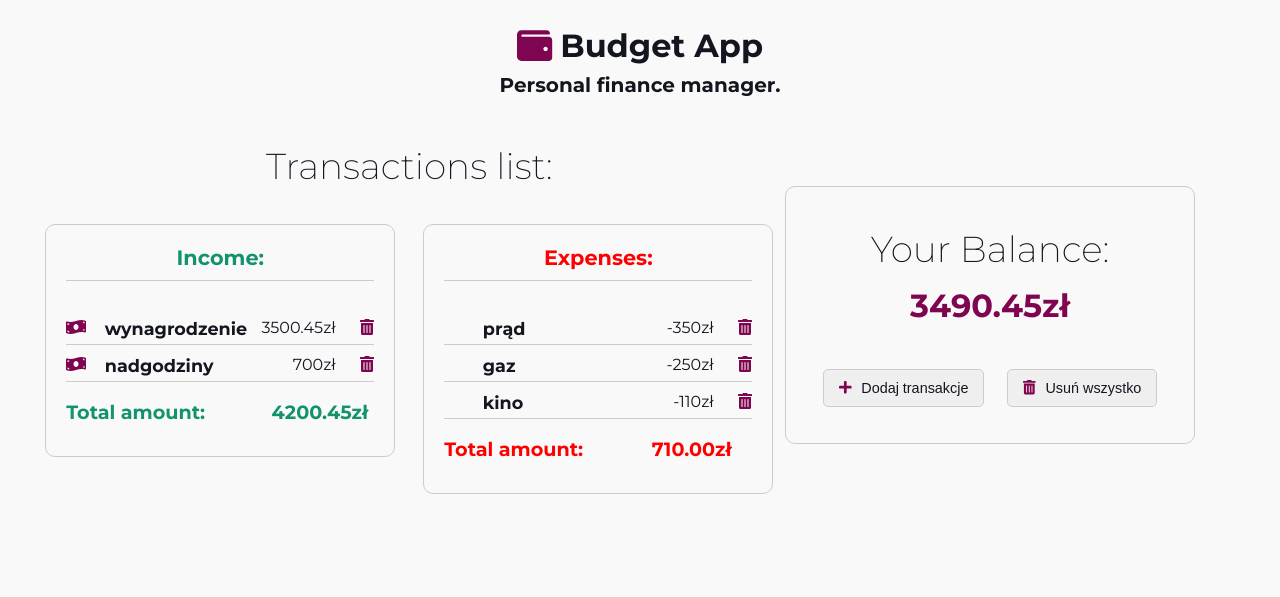
Repository: KrzysKolo/sr_tydzien4_zad4
Page: /
An editor plug-in stored every save of this project. The page is shown before and after the next save, followed by the edit.
The browser window is 1280 px wide. The pictures show the whole page.
Some web libraries are served in a nearby version. The project was rebuilt for these pictures with package versions that can differ from the ones it lists, and the page was loaded fresh each time. Also part of the build but not shown: src/components/budgetComponents/sectionComponents/Cat.js, src/components/budgetComponents/formComponents/Header.js, src/components/budgetComponents/formComponents/ErrorMessage.js, src/components/budgetComponents/formComponents/Input.js, src/components/budgetComponents/formComponents/Select.js.

Above is the page before, as saved 2020-12-14 12:32:13.

### public/index.html
<!DOCTYPE html>
<html lang="en">
  <head>
    <meta charset="utf-8" />
    <link rel="icon" href="%PUBLIC_URL%/favicon.ico" />
    <meta name="viewport" content="width=device-width, initial-scale=1" />
    <meta name="theme-color" content="#000000" />
    <meta
      name="description"
      content="Web site created using create-react-app"
    />
    <link rel="apple-touch-icon" href="%PUBLIC_URL%/logo192.png" />
    <!--
      manifest.json provides metadata used when your web app is installed on a
      user's mobile device or desktop. See https://developers.google.com/web/fundamentals/web-app-manifest/
    -->
    <link rel="manifest" href="%PUBLIC_URL%/manifest.json" />
    <!--
      Notice the use of %PUBLIC_URL% in the tags above.
      It will be replaced with the URL of the `public` folder during the build.
      Only files inside the `public` folder can be referenced from the HTML.

      Unlike "/favicon.ico" or "favicon.ico", "%PUBLIC_URL%/favicon.ico" will
      work correctly both with client-side routing and a non-root public URL.
      Learn how to configure a non-root public URL by running `npm run build`.
    -->
    <link
      href="https://fonts.googleapis.com/css?family=Montserrat:200,400,700&display=swap&subset=latin-ext"
      rel="stylesheet"
    />
    <script
      src="https://kit.fontawesome.com/327a0d490c.js"
      crossorigin="anonymous"
    ></script>
    <title>Budget</title>
  </head>
  <body>
    <noscript>You need to enable JavaScript to run this app.</noscript>
    <div id="root"></div>
    <!--
      This HTML file is a template.
      If you open it directly in the browser, you will see an empty page.

      You can add webfonts, meta tags, or analytics to this file.
      The build step will place the bundled scripts into the <body> tag.

      To begin the development, run `npm start` or `yarn start`.
      To create a production bundle, use `npm run build` or `yarn build`.
    -->
  </body>
</html>

### src/App.js
import React from 'react';
import Budget from './components/Budget'

const App = () => {
  return (
    <>
      <Budget/>
    </>
  )
}

export default App;

### src/components/Budget.js
import React from 'react';
import Header from './budgetComponents/Header';
import Section from './Section';
import {GlobalContextProvider} from './context/GlobalState';
import styled, { createGlobalStyle } from 'styled-components';

const GlobalStyle = createGlobalStyle`
    * {
        padding: 0;
        margin: 0;
        box-sizing: border-box;
    }
    body {
        background-color: #f9f9f9;
        color: #14161f;
        font-family: "Montserrat", sans-serif;
        font-size: 16px;
        min-height: 100vh;
    }
    `;
const Container = styled.main`
    font-size: 1.5rem;
`;

const Budget = () => {

    return (
        <GlobalContextProvider>
            <GlobalStyle />
            <Container>
                <Header />
                <Section />
            </Container>
        </GlobalContextProvider>
    )
}

export default Budget;

### src/components/budgetComponents/Header.js
import React from 'react';
import styled from 'styled-components';
import { FontAwesomeIcon } from '@fortawesome/react-fontawesome';
import { faWallet } from '@fortawesome/free-solid-svg-icons';

const SectionHeader = styled.header`
    align-items: center;
    color: rgb(127, 5, 80);
    display: flex;
    font-size: 2.2rem;
    flex-direction: column;
    justify-content: center;
    padding: 2%;
`;
const DivHeader = styled.div`
    align-items: center;
    display: flex;
    flex-direction: row;
    justify-content: center;
    margin-bottom: 0.5rem;
`;
const H1Header = styled.h1`
    color: #14161f;
    font-size: 2rem;
    margin-left: .5rem;
`;
const H2Header = styled.h2`
    color: #14161f;
    font-size: 1.25rem;
`;
const Header = () => {
    return (
        <SectionHeader>
            <DivHeader>
                <FontAwesomeIcon icon={faWallet}/>
                <H1Header>Budget App</H1Header>
            </DivHeader>
            <H2Header>Personal finance manager.</H2Header>
        </SectionHeader>
    )
}

export default Header;

### src/components/Section.js
import React, { useContext } from 'react';
import { GlobalContext } from './context/GlobalState';
import styled from 'styled-components';

import SectionIncome from './budgetComponents/SectionIncome';
import SectionExpense from './budgetComponents/SectionExpense';
import SectionInfo from './budgetComponents/SectionInfo';
import H2 from './budgetComponents/sectionComponents/H2';

const SectionContainer = styled.section`
    display: flex;
    flex-direction: row;
    justify-content: center;
    align-items: center;
`;
const SectionBudget = styled.section`
    display: flex;
    flex-direction: column;
    justify-content: center;
    align-items: center;
`;
const DivItems = styled.div`
    display: flex;
    flex-direction: row;
    justify-content: center;
    align-items: flex-start;

`;

const Section = () => {
    const { expenseTransactions, incomeTransactions } = useContext(GlobalContext);
    const amountsE = expenseTransactions.map(transaction => transaction.amount);
    const totalE = amountsE.reduce((acc, item) => (acc+=item), 0).toFixed(2);
    const amountsI = incomeTransactions.map(transaction => transaction.amount);
    const totalI = amountsI.reduce((acc, item) => (acc+=item), 0).toFixed(2);
    const total = totalI-totalE;
    return (
        <SectionContainer>
        <SectionBudget>
            <H2 title="Transactions list" />
            <DivItems>
                <SectionIncome title="Income" label="income" incomeTransactions={incomeTransactions} total={totalI} />
                <SectionExpense title="Expenses"expenseTransactions={expenseTransactions} total={totalE} />
            </DivItems>
        </SectionBudget>
        <SectionInfo title="Your Balance" total={total}/>
    </SectionContainer>
    )
}

export default Section

### src/components/context/GlobalState.js
import React, {createContext, useReducer} from 'react';
import AppReducer from './AppReducer';
const initialState = {
    incomeTransactions: [
        { id: 0, category: 0, name: "wynagrodzenie", amount: 3500.45},
        { id: 1, category: 0, name: "nadgodziny", amount: 700},
    ],
    expenseTransactions: [
        { id: 3, category: 1, name: "prąd", amount: 350},
        { id: 4, category: 1, name: "gaz", amount: 250},
        { id: 5, category: 4, name: "kino", amount: 110},
    ],
};
export const GlobalContext = createContext(initialState);
export const GlobalContextProvider = ({children}) => {
    const [state, dispatch] = useReducer(AppReducer, initialState);

    const addIncome = incomeTransaction => {
        dispatch({
            type: "ADD_INCOME",
            payload: incomeTransaction,
        });
    };
    const addExpense = expenseTransaction => {
        dispatch({
            type: "ADD_EXPENSE",
            payload: expenseTransaction,
        });
    };

    const deleteTransaction = id => {
        dispatch({
            type: "DELETE_TRANSACTION",
            payload: id,
          });
    };
    return (
        <GlobalContext.Provider value={{
            incomeTransactions: state.incomeTransactions,
            expenseTransactions: state.expenseTransactions,
            addIncome,
            addExpense,
            deleteTransaction,
        }}>
            {children}
        </GlobalContext.Provider>
    )
}

### src/components/budgetComponents/SectionIncome.js
import React, { useContext } from 'react';
import { GlobalContext } from '../context/GlobalState';
import { H1, DivDataIncome }from './sectionComponents/index';

import styled from 'styled-components';

const SectionWrapper = styled.section`
    border: 1px solid #ccc;
    border-radius: 10px;
    display: flex;
    flex-direction: column;
    font-size: 1.3rem;
    justify-content: center;
    align-items: center;
    margin: 2%;
    padding: 20px;
    min-width: 350px;
    width: 50%;
`;
const Section = ({ title, label, incomeTransactions, total }) => {
   return (

        <SectionWrapper>
           <H1 title={title} label={label} />
           <DivDataIncome incomeTransactions={incomeTransactions} label={label} total={total} />
        </SectionWrapper>
    )
}

export default Section;

### src/components/budgetComponents/SectionExpense.js
import React from 'react';
import { H1, DivDataExpanse }from './sectionComponents/index';

import styled from 'styled-components';

const SectionWrapper = styled.section`
    border: 1px solid #ccc;
    border-radius: 10px;
    display: flex;
    flex-direction: column;
    font-size: 1.3rem;
    justify-content: center;
    align-items: center;
    margin: 2%;
    padding: 20px;
    min-width: 350px;
    width: 50%;
`;
const Section = ({ title, label, expenseTransactions, total }) => {

    return (
        <SectionWrapper>
           <H1 title={title} label={label} />
           <DivDataExpanse expenseTransactions={expenseTransactions} label={label} total={total} />
        </SectionWrapper>
    )
}

export default Section;

### src/components/budgetComponents/SectionInfo.js
import React, { useState } from 'react';
import { H2, P } from './sectionComponents/index';
import Form from './Form';
import Button from './../budgetComponents/buttons/Button';
import styled from 'styled-components';
import { faPlus,  faTrashAlt } from '@fortawesome/free-solid-svg-icons';
const SectionWrapper = styled.section`
    border: 1px solid #ccc;
    border-radius: 10px;
    display: flex;
    flex-direction: column;
    margin: 2vw;
    padding: 2%;
`;
const ButtonWrapper = styled.div`
    display: flex;
    flex-direction: row;
`;

const SectionInfo = ({ title, total }) => {
    const [showForm, setShowForm] = useState(false);
    const openForm = () =>{
        setShowForm(prev => !prev);

  };
    return (
        <>
        <SectionWrapper>
           <H2 title={title}> </H2>
           <P total={total} />
           <ButtonWrapper>
                <Button onClick={openForm} title="Dodaj transakcje" icons={faPlus} />
                <Button title="Usuń wszystko" icons={faTrashAlt} type="submit"/>
           </ButtonWrapper>

        </SectionWrapper>
        <Form showForm={showForm} setShowForm={setShowForm} />
        </>
    )
}

export default SectionInfo;

### src/components/budgetComponents/sectionComponents/H2.js
import React from 'react'
import styled from 'styled-components';

const TitleH2 = styled.h2`
    font-weight: 200;
    margin: 2% auto;
    padding: 0.5rem;
`;

const H2 = ({title}) => {
    return (
        <TitleH2>
            {title}:
        </TitleH2>
    )
}

export default H2;

### src/components/context/AppReducer.js
export default (state, action) => {
    switch (action.type) {
      case 'ADD_INCOME':
        return {
            ...state,
            incomeTransactions: [action.payload, ...state.incomeTransactions],
        }
    case 'ADD_EXPENSE':
        return {
            ...state,
            expenseTransactions: [action.payload, ...state.expenseTransactions],
        }
    case 'DELETE_TRANSACTION':
            return {
                ...state,
                incomeTransactions: state.incomeTransactions.filter(
                    incomeTransaction => incomeTransaction.id !== action.payload
                  ),
                  expenseTransactions: state.expenseTransactions.filter(
                    expenseTransaction => expenseTransaction.id !== action.payload
                  ),
            }
        default:
            return state
        }
      };

### src/components/budgetComponents/sectionComponents/index.js
export { default as H1 } from './H1';
export { default as H2 } from './H2';
export { default as P } from './P';
export { default as DivDataExpanse } from './DivDataExpanse';
export { default as DivDataIncome } from './DivDataIncome';

### src/components/budgetComponents/buttons/Button.js
import React from 'react';
import styled from 'styled-components';
import { FontAwesomeIcon } from '@fortawesome/react-fontawesome';

const ButtonDiv = styled.button`
    border: 1px solid #ccc;
    border-radius: 5px;
    margin: 0.7rem;
    padding: 10px 15px;
    display: flex;
    flex-direction: row;
    align-items: center;
    color: rgb(127, 5, 80);
    font-size: 0.9rem;
    cursor: pointer;
    transition: 0.3s ease-in-out;
    &:hover {
        border: 1px solid rgba(127, 5, 80, 0.4);
        background-color:  #f9f9f9;
        color: rgba(127, 5, 80, 0.5);
    }
`;
const ButtonTitleDiv = styled.div`
    margin-left: 10px;
    color: #14161f;
`;
const Button = ({ title, icons, onClick }) => {
    return (
        <ButtonDiv onClick={onClick}>
            <FontAwesomeIcon icon={icons} />
            <ButtonTitleDiv>{title}</ButtonTitleDiv>
        </ButtonDiv>
    )
}

export default Button;

### src/components/budgetComponents/sectionComponents/H1.js
import React from 'react'
import styled from 'styled-components';

const TitleH1Styles = (label) => `
border-bottom: 1px solid #ccc;
color: ${label ? 'rgb(19, 147, 109)' : 'red'};
margin-bottom: 2rem;
padding-bottom: 10px;
display: block;
width: 100%;
text-align: center;
`;
const TitleH1 = styled.h1`
      ${props => TitleH1Styles(props.label)}
`;
const H1 = (props) => {
    const { title, label } = props;
    return (
        <TitleH1 label={label}>
            {title}:
        </TitleH1>
    )
}

export default H1;

### src/components/budgetComponents/sectionComponents/P.js
import React from 'react';
import styled from 'styled-components';

const InfoP = styled.p`
    color: rgb(127, 5, 80);
    font-size: 2rem;
    font-weight: bold;
    width: 100%auto;
    text-align: center;
    padding-bottom: 2rem;
`;

const P = ({total}) => {
    return (
        <InfoP>
            {total}zł
        </InfoP>
    )
}

export default P;

### src/components/budgetComponents/sectionComponents/DivDataExpanse.js
import React, { useContext } from 'react';
import { GlobalContext } from '../../context/GlobalState';
import Cat from './Cat';
import { FontAwesomeIcon } from '@fortawesome/react-fontawesome';
import { faTrashAlt} from '@fortawesome/free-solid-svg-icons';
/* import { faCartArrowDown, faHamburger, faFilm, faSwimmer } from '@fortawesome/free-solid-svg-icons'; */

import styled from 'styled-components';

const Container = styled.div`
    width: 100%;
    display: flex;
    flex-direction: column;
    justify-content: flex-start;
    align-items: flex-start;
    align-content: flex-start;
`;
const DivWrapper = styled.div`
    display: grid;
    grid-template-columns: 0.5fr 2fr 1fr 0.5fr;
    width: 100%;
    margin: 5px 0;
    border-bottom: 1px solid #ccc;
    padding-bottom: 5px;
`;
const NameH3 = styled.h3`
    font-size: 1.1rem;
    font-weight: 600;
    text-align: left;
`;
const AmountSpan = styled.span`
    font-size: 1rem;
    text-align: right;
`;
const FontAwsomeP = styled.p`
    font-size: 1rem;
    font-weight: 300;
    text-align: right;
    color: rgb(127, 5, 80);
    cursor: pointer;
    transition: 0.3s ease-in-out;
    &:hover{
        transform: scale(0.9);
        color: rgba(127, 5, 80, 0.8);
    }
`;
const TotalAmountDivStyles = (label) => `
    color: ${label ? 'rgb(19, 147, 109)' : 'red'};
    font-size: 1.2rem;
    font-weight: 800;
    margin: 4% auto;
    width: 100%;
`;
const TotalAmountDiv = styled.div`
    display: grid;
    grid-template-columns: 2fr 1fr;
    ${props => TotalAmountDivStyles(props.label)}
`;
const AmountP = styled.p`
    text-align: right;
    margin-right: 20%;
`;
const IcoP = styled.p`
    font-size: 1rem;
    font-weight: 300;
    text-align: left;
    color: rgb(127, 5, 80);
`;


const DivData = ({label, expenseTransactions, total}) => {
    const { deleteTransaction } = useContext(GlobalContext);
    console.log(expenseTransactions);
    return (
        <Container>
            {expenseTransactions.map(item => (
                <DivWrapper key={item.id}>
                    <IcoP>{item.category > 0 ? "" : <Cat cat={item.category}/>}</IcoP>
                    <NameH3>{item.name}</NameH3>
                    <AmountSpan>{item.category > 0 ? '-' : ''}{item.amount}zł</AmountSpan>
                    <FontAwsomeP onClick={() => deleteTransaction(item.id)}><FontAwesomeIcon icon={faTrashAlt}/></FontAwsomeP>
                </DivWrapper>)) }
                <TotalAmountDiv label={label}><p>Total amount:</p>  <AmountP>{total}zł</AmountP></TotalAmountDiv>
        </Container>
    )
}

export default DivData;

### src/components/budgetComponents/sectionComponents/DivDataIncome.js
import React, { useContext } from 'react';
import { GlobalContext } from '../../context/GlobalState';
import Cat from './Cat';
import { FontAwesomeIcon } from '@fortawesome/react-fontawesome';
import { faTrashAlt} from '@fortawesome/free-solid-svg-icons';
import { faMoneyBillWave, faCartArrowDown, faHamburger, faFilm, faSwimmer } from '@fortawesome/free-solid-svg-icons';

import styled from 'styled-components';

const Container = styled.div`
    width: 100%;
    display: flex;
    flex-direction: column;
    justify-content: flex-start;
    align-items: flex-start;
    align-content: flex-start;
`;
const DivWrapper = styled.div`
    display: grid;
    grid-template-columns: 0.5fr 2fr 1fr 0.5fr;
    width: 100%;
    margin: 5px 0;
    border-bottom: 1px solid #ccc;
    padding-bottom: 5px;
`;
const NameH3 = styled.h3`
    font-size: 1.1rem;
    font-weight: 600;
    text-align: left;
`;
const AmountSpan = styled.span`
    font-size: 1rem;
    text-align: right;
`;
const FontAwsomeP = styled.p`
    font-size: 1rem;
    font-weight: 300;
    text-align: right;
    color: rgb(127, 5, 80);
    cursor: pointer;
    transition: 0.3s ease-in-out;
    &:hover{
        transform: scale(0.9);
        color: rgba(127, 5, 80, 0.8);
    }
`;
const TotalAmountDivStyles = (label) => `
    color: ${label ? 'rgb(19, 147, 109)' : 'red'};
    font-size: 1.2rem;
    font-weight: 800;
    margin: 4% auto;
    width: 100%;
`;
const TotalAmountDiv = styled.div`
    display: grid;
    grid-template-columns: 2fr 1fr;
    ${props => TotalAmountDivStyles(props.label)}
`;
const AmountP = styled.p`
    text-align: right;
    margin-right: 20%;
`;
const IcoP = styled.p`
    font-size: 1rem;
    font-weight: 300;
    text-align: left;
    color: rgb(127, 5, 80);
`;


const DivData = ({label, incomeTransactions, total}) => {
    const { deleteTransaction } = useContext(GlobalContext);
    console.log(incomeTransactions);
    return (
        <Container>
            {incomeTransactions.map(item => (
                <DivWrapper key={item.id}>
                    <IcoP>{item.category > 0 ? 'ico' : <FontAwesomeIcon icon={faMoneyBillWave} />}</IcoP>
                    <NameH3>{item.name}</NameH3>
                    <AmountSpan>{item.category > 0 ? '-' : ''}{item.amount}zł</AmountSpan>
                    <FontAwsomeP onClick={() => deleteTransaction(item.id)}><FontAwesomeIcon icon={faTrashAlt}/></FontAwsomeP>
                </DivWrapper>)) }
                <TotalAmountDiv label={label}><p>Total amount:</p>  <AmountP>{total}zł</AmountP></TotalAmountDiv>
        </Container>
    )
}

export default DivData;

### src/components/budgetComponents/formComponents/index.js
export { default as Header } from './Header';
export { default as Input } from './Input';
export { default as ErrorMessage } from './ErrorMessage';
export { default as Select } from './Select';

### src/components/data/SelectOptions.js
const SelectOptions=[
    { id: -1, value: "-1", label:"", title: 'Select...' },
    { id: 0, value: "0", label:"[+]", title: 'Przychód' },
    { id: 1, value: "1", label:"[-]", title: 'Rachunki' },
    { id: 2, value: "2", label:"[-]", title: 'Sport' },
    { id: 3, value: "3", label:"[-]", title: 'Wyżywienie' },
    { id: 4, value: "4", label:"[-]", title: 'Kultura' },
    { id: 5, value: "5", label:"[-]", title: 'Wypoczynek' },
];
export default SelectOptions;

Loaded but not shown: src/index.js (common file); src/index.css (common file); src/components/budgetComponents/Form.js (111 lines, source omitted)

After the next save:
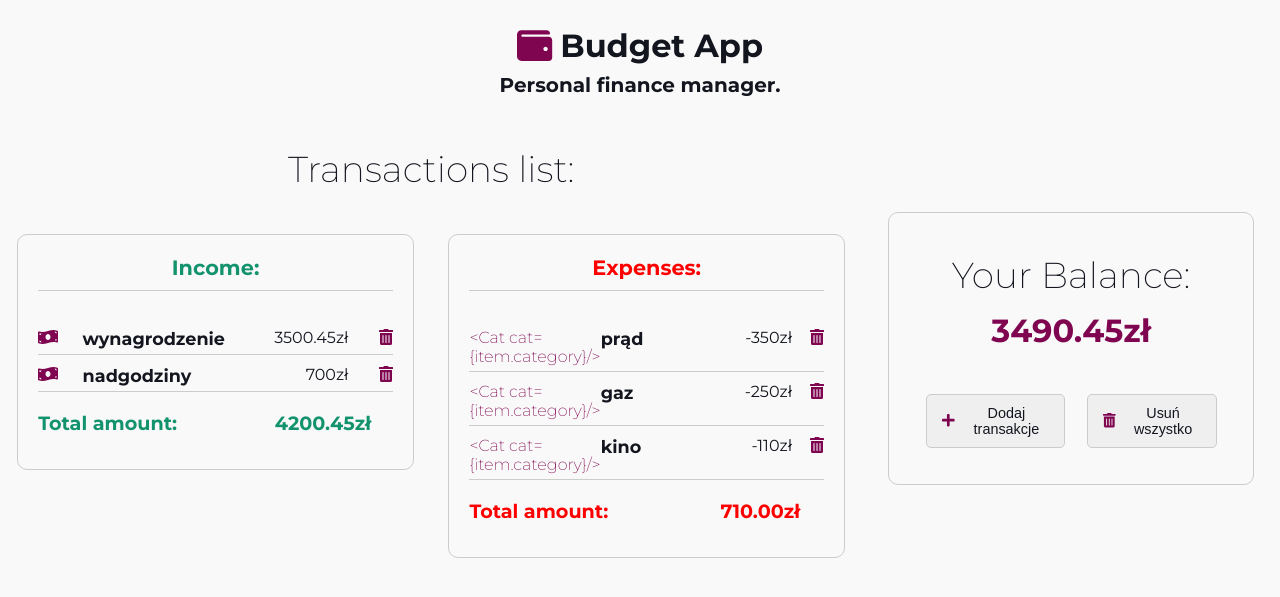
Saved 44 s later.
--- a/src/components/budgetComponents/sectionComponents/DivDataExpanse.js
+++ b/src/components/budgetComponents/sectionComponents/DivDataExpanse.js
@@ -75,7 +75,7 @@ const DivData = ({label, expenseTransactions, total}) => {
         <Container>
             {expenseTransactions.map(item => (
                 <DivWrapper key={item.id}>
-                    <IcoP>{item.category > 0 ? "" : <Cat cat={item.category}/>}</IcoP>
+                    <IcoP>{item.category > 0 ? "<Cat cat={item.category}/>" : ""}</IcoP>
                     <NameH3>{item.name}</NameH3>
                     <AmountSpan>{item.category > 0 ? '-' : ''}{item.amount}zł</AmountSpan>
                     <FontAwsomeP onClick={() => deleteTransaction(item.id)}><FontAwesomeIcon icon={faTrashAlt}/></FontAwsomeP>

After the save that followed:
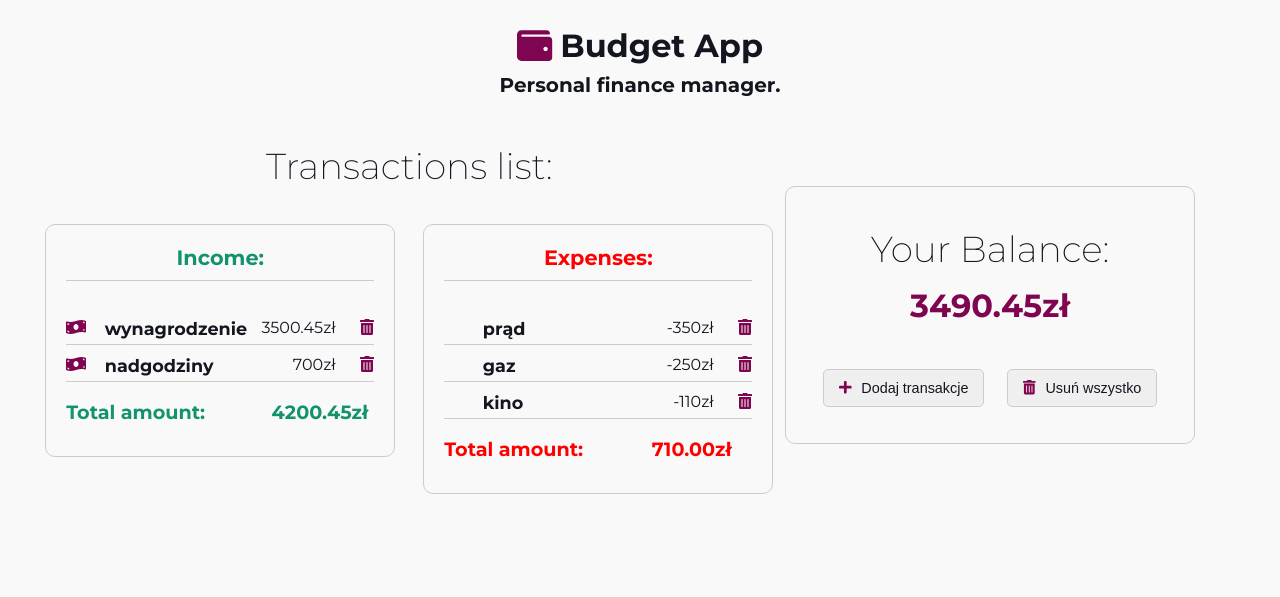
Saved 22 s later.
--- a/src/components/budgetComponents/sectionComponents/DivDataExpanse.js
+++ b/src/components/budgetComponents/sectionComponents/DivDataExpanse.js
@@ -75,7 +75,7 @@ const DivData = ({label, expenseTransactions, total}) => {
         <Container>
             {expenseTransactions.map(item => (
                 <DivWrapper key={item.id}>
-                    <IcoP>{item.category > 0 ? "<Cat cat={item.category}/>" : ""}</IcoP>
+                    <IcoP>{item.category > 0 ? <Cat cat={item.category}/> : ""}</IcoP>
                     <NameH3>{item.name}</NameH3>
                     <AmountSpan>{item.category > 0 ? '-' : ''}{item.amount}zł</AmountSpan>
                     <FontAwsomeP onClick={() => deleteTransaction(item.id)}><FontAwesomeIcon icon={faTrashAlt}/></FontAwsomeP>
